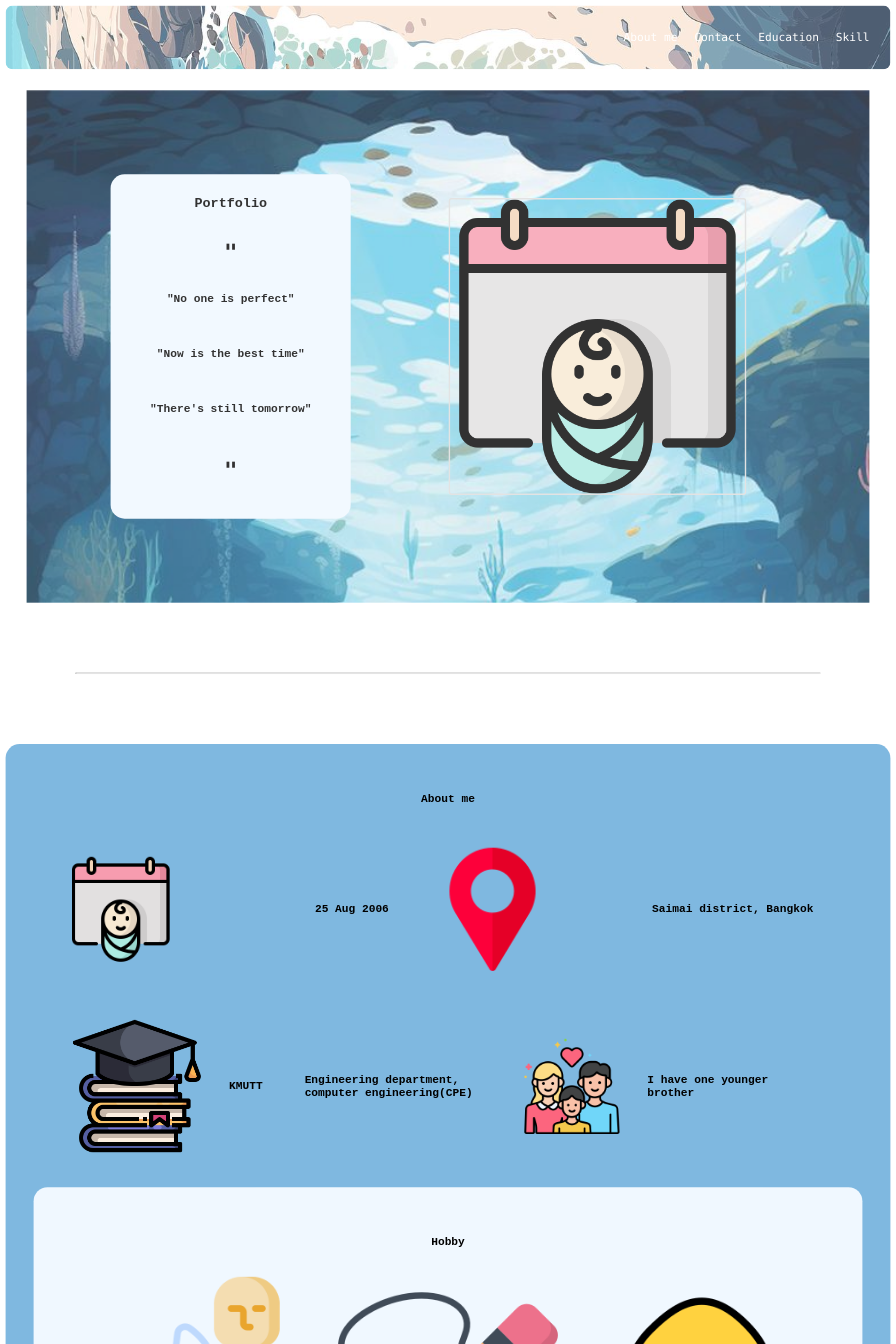
Repository: kittipichcha/Port1
Page: page1.html
These files come from the project's save history. The page is drawn as it stood at one moment and after the next save; the edit follows.
The browser window is 1280 px wide. The pictures show the part of the page from y = 0 to 1920 px (the page is 5127 px tall before and 5139 px after), at 70% of full size.
A picture or video elsewhere on the page could not be fetched, so the positions and the page height are approximate.

Above is the page before, as saved 2024-10-15 22:33:26.

### page1.html
<!DOCTYPE html>
<html>
<head>
  <title>Home</title>
  <link rel="stylesheet" href="style.css">
</head>
<body>
  <nav class = "background">
    <ul class = "textButton">
      <li><a href="#section1">About me</a></li>
      <li><a href="#section2">Contact</a></li>
      <li><a href="#section3">Education</a></li>
      <li><a href="#section4">Skill</a></li>
    </ul>
  </nav>

  <div class = "widget background" style = "background-image: url('underSea.jpg'); opacity:80%; align-content:space-between;">
    <div class = "widget1" style="margin: 100px; justify-content: center; background-color:aliceblue; border-radius: 20px; width:40%;">
      <h1 class="textGeneral" style="font-size: larger;"> Portfolio </h1>
      <h1 class="textTopic" style = "margin: 10px"> " </h1>
      <h2 class="textGeneral"> "No one is perfect" </h2>
      <h2 class="textGeneral"> "Now is the best time" </h2>
      <h2 class="textGeneral"> "There's still tomorrow" </h2>
      <h1 class="textTopic"> " </h1>
    </div>
    <div class = "container" style = "width: 70%;">
      <img class = "icon" src = "/icon/baby.png" class = "icon" style = "width: 70%; margin:30px">
      <div class = "overlay" style = "width: 60%;">
        <h1 class = "textImage"> My name is Kittipich Charoenthanachot. </h1>
      </div>
    </div>
  </div>

  <hr class="space">

  <!-- About me -->
  <section id="section1">
    <div class = "backgroundColor">
      <h1 class = "textGeneral" style="justify-content: center;"> About me </h1>
      <div class = "widget">
        <!-- born -->
        <div>
          <img class = "image" src="icon\baby.png" alt="Logo">
          <h3 class = "textGeneral"> 25 Aug 2006 </h3>
        </div>
        <!-- live -->
        <div>
          <img class = "image" src="icon\placeholder.png" alt="Place">
          <h3 class = "textGeneral" > Saimai district, Bangkok </h3>
        </div>
        <br class = "space1">
      </div>
      <div class = "widget">
        <!-- study -->
        <div>
          <img class = "image" src="icon\graduation.png" alt="Logo">
          <h3 class = "textGeneral"> KMUTT </h3>
          <h4 class = "textGeneral"> Engineering department, computer engineering(CPE)</h4>
        </div>

        <!-- family -->
        <div>
          <img class = "image" src="icon\family.png" alt="Logo">
          <h3 class = "textGeneral"> I have one younger brother </h3>
        </div>
      </div>
      <!-- hobby -->
      <div class = "backgroundColor" style = "background-color: aliceblue;">
        <h1 class = "textGeneral" style = "justify-content: center;"> Hobby </h1>
        <div class = "widget">
          <img class = "image" src="icon\sculpt.png" alt="Logo">
          <img class = "image" src="icon\pencil.png" alt="Logo">
          <img class = "image" src="icon\game.png" alt="Logo">
        </div>
        <div class = "widget">
          <h2 class = "textGeneral"> Sculpting </h2>
          <h2 class = "textGeneral"> Drawing </h2>
          <h2 class = "textGeneral"> Tabletennis </h2>
        </div>
      </div>
    </div>
  </section>

  <hr class="space">
  <!-- Contact -->
  <section id="section2"  class = "background" style = "background-image: url('underSea1.jpg');">
    <h1 class = "textTopic" style="font-size: large; color:rgb(41, 114, 179)"> Contact </h1>
    <div class = "widget backgroundColor" style="align-items: flex-start; background-color:aliceblue;">
      <div style = "justify-content: flex-start;">
        <img class = "image" src="icon\instagram.png" alt="Logo">
        <h2 class = "textGeneral"> Instagram </h2>
      </div>

      <div style = "justify-content: flex-start;">
        <img class = "image" src="icon\facebook.png" alt="Logo">
        <h2 class = "textGeneral"> Facebook </h2>
      </div>

      <div style = "justify-content: flex-start;">
        <img class = "image" src="icon\line.png" alt="Logo">
        <h2 class = "textGeneral"> Line </h2>
      </div>
    </div>
    <div class = "space1"> </div>
    <div class = "widget" style="align-items: flex-start;">
      <div class = "icon" style = "justify-content: flex-start;">
        <img class = "image" src="https://cdn-icons-png.flaticon.com/128/483/483947.png" alt="Logo">
        <h2 class = "textGeneral" style = "color: aliceblue;"> Call </h2>
      </div>

      <div class = "icon" style = "justify-content: flex-start";>
        <img class = "image" src="https://cdn-icons-png.flaticon.com/128/5968/5968756.png" alt="Logo">
        <h2 class = "textGeneral" style = "color: aliceblue;" > Discord </h2>
      </div>
    </div>
  </section>

  <hr class="space">
  <!-- Education -->
  <section id="section3">
    <h1 class = "textGeneral" style = "font-size: large;  justify-content:center;"> Education </h1>
    <div>
      <div class = "widget" style = "justify-content:space-around;">
        <img class = "image" src="icon\logo.png" alt="Logo">
        <br class="space">
        <div>
          <h2 class = "textGeneral"> PCSHCS </h2>
          <h2 class = "textGeneral"> Lower secondary school </h2>
        </div>
      </div>

      <div class = "widget" style = "justify-content: space-around;">
        <img class = "image" src="icon\R.png" alt="Logo">
        <br class="space">
        <div>
          <h2 class = "textGeneral"> SciUS TU SKR </h2>
          <h2 class = "textGeneral"> Higher secondary school </h2>
        </div>
      </div>

      <div class = "widget" style = "justify-content: space-around;">
        <img class = "image" src="icon\kmutt.png" alt="Logo">
        <br class="space">
        <div>
          <h2 class = "textGeneral"> KMUTT </h2>
          <h2 class = "textGeneral"> Bachelor’s degree </h2>
        </div>
      </div>
    </div>
  </section>

  <hr class="space">
  <!-- Skill -->
  <section id = "section4">
    <h2 class = "textGeneral" style = "justify-content: center; font-size:large"> Skill </h2>
    <div class = "widget">
      <div class = "widget1">
          <a href="page2.html">
            <div class = "container">
              <h2 class = "overlay textGeneral" style = "background-color:rgba(240, 248, 255, 0);"> Sculpting  </h2>
              <img class = "icon" style = "width:50%;"src="icon\sculpt.png">
            </div>
          </a>
      </div>

      <div class = "widget1">
        <h2 class = "textGeneral"> Painting  </h2>
        <a href="page3.html">
          <img class = "icon" src="icon\paint.png">
        </a>
      </div>

      <div class = "widget1">
        <h2 class = "textGeneral"> Board game  </h2>
        <a href="page4.html">
          <img class = "icon" src="icon\dice.png">
        </a>
      </div>
    </div>

  </section>
</body>
</html>

### style.css
nav {
    background-color: #318b9b;
    padding: 10px;
    display: flex;
    justify-content: flex-end;
    opacity: 80%;
    border-radius: 10px;
}

nav ul li {
    display: inline-block;
}

nav ul li a:hover {
    background-color: #257ab7;
    border-radius: 5px;
    text-decoration: underline;
}

.textButton li a {
    color: #ffffff;
    text-decoration: none;
    font-family: 'Lucida Console', monospace;
    padding: 10px;
}

.textGeneral {
    color: #000000;
    font-size: medium;
    font-family: 'Courier New', monospace;
    margin: 20px;
    padding: 10px;
    display: flex;
    justify-content: left;
}

.textTopic {
    color: #000000;
    text-decoration: none;
    font-family: 'Lucida Console', monospace;
    margin: 30px;
    margin-bottom: 50px;
    display: flex;
    justify-content: center;
}

.widget {
    display: flex;
    justify-content: space-evenly;
    margin: 30px;
}

.widget div {
    display: flex;
    justify-content: space-between;
    align-items: center;
    margin: 10px;
}

.overlay {
    padding: 20px;
    margin: 50px;
    border-radius: 10px;
    position: absolute;
    top: 0;
    bottom: 0;
    left: 0;
    right: 0;
    height: 80%;
    width: 80%;
    opacity: 0;
    transition: .5s ease;
    background-color: #358eac9e;
}

.container {
    position: relative;
}

.container:hover .overlay{
    opacity: 0.7;
}

.textImage {
    color: white;
    font-family: 'Courier New', Courier, monospace;
    position: absolute;
    top: 50%;
    left: 50%;
    transform: translate(-50%, -50%);
    -ms-transform: translate(-50%, -50%);
}

.widget div img {
    display: flex;
    justify-content: space-between;
    align-items: center;
    margin: 10px;
}

.widget1 {
    display: flex;
    flex-direction: column;
    justify-content: space-around;
    align-content: space-around;
    margin: 10px;
}



.space {
    display: flex;
    margin: 100px;
}

.space1 {
    display: flex;
    margin: 40px;
}

.icon {
    display: block;
    border: 2px solid #ddd;
    border-radius: 4px;
    width: 30%;
    align-items: center;
    justify-content: center;
}

.image {
    display: block;
    width: 30%;
    align-items: center;
    justify-content: center;
}

.icon2Text {
    display: block;
    border: 2px solid #ddd;
    border-radius: 4px;
    width: 30%;
    align-items: center;
    justify-content: center;
}

.background {
    background-image: url("beach.jpg");
    background-size: cover;
    padding: 20px;
    opacity: 80%;
}

.backgroundColor {
    background-color:#348ecea0;
    border-radius: 20px;
    padding: 40px;
}

.galleryContainer {
    justify-content: center;
}

.galleryContainer img {
    border: 5px solid #ddd;
    border-radius: 10px;
    height: auto;
    width: 20%;
    margin: 10px;
}

.scrollImage {
    background-color: #e0dddd;
    overflow: auto;
    display: flex;
    justify-content: flex-start;
    white-space: nowrap;
}

.scrollImage div img {
    border: 2px solid #ffffff;
    border-radius: 5px;
    height: auto;
    width: 20%;
    margin: 20px;
}

.topicAndPara {
    display: flex;
    flex-direction: column;
    justify-content: flex-start;
}

.topicAndPara:nth-child(n) {
    color: #000000;
    font-size: medium;
    font-family: 'Courier New', monospace;
    margin: 10px;
    padding: 10px;
    display: flex;
    justify-content: left;
}

.button {
    display: flex;
    border: none;
    border-radius: 10px;
    background-image: url("beach.jpg");
    padding: 50px;
    text-align: center;
    text-decoration: none;
    display: inline-block;
    font-family: 'Courier New', monospace;
    color:#ffffff;
    font-size: large;
    text-shadow: 1px 2px black;
    margin: 5px;
    transition-duration: 0.4s;
    cursor: pointer;
}

After the next save:
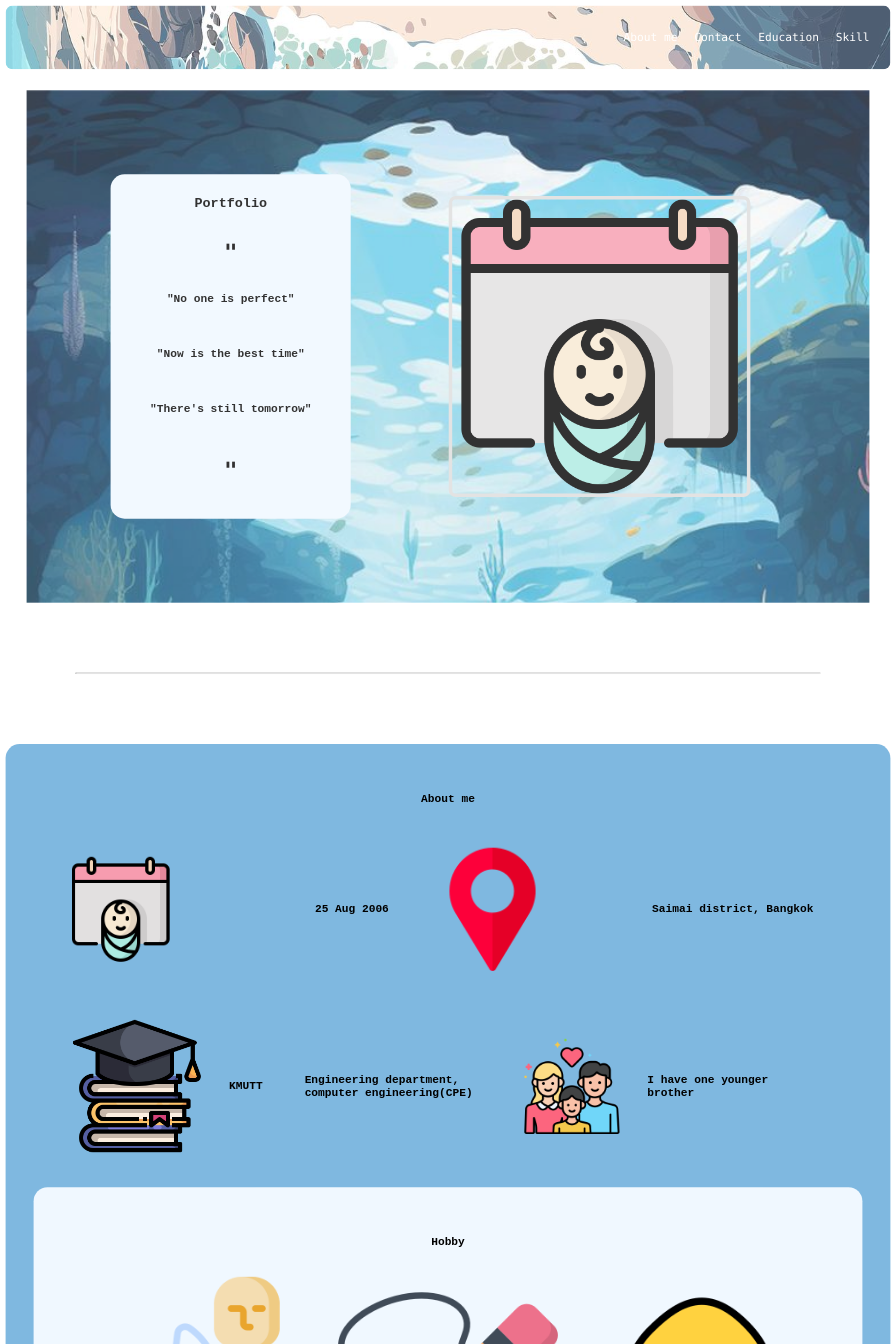
Saved 34 s later.
--- a/style.css
+++ b/style.css
@@ -122,6 +122,15 @@
     display: block;
     border: 2px solid #ddd;
     border-radius: 4px;
+    width: 30%;
+    align-items: center;
+    justify-content: center;
+}
+
+.icon {
+    display: block;
+    border: 5px solid #ddd;
+    border-radius: 10px;
     width: 30%;
     align-items: center;
     justify-content: center;
